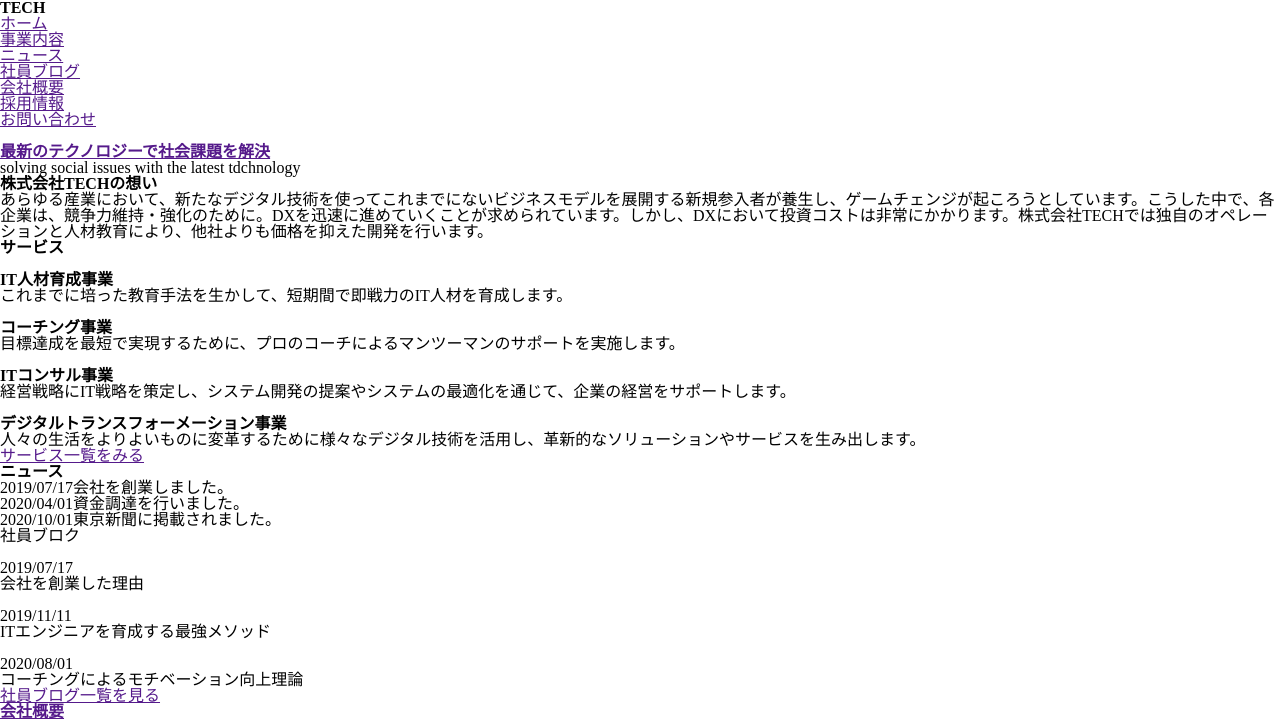
Repository: masanarimiura/20220516_miura
Page: index.html
These files come from the project's save history. The page is drawn as it stood at one moment and after the next save; the edit follows.
The browser window is 1280 px wide. The pictures show the whole page.

Above is the page before, as saved 2022-05-13 15:35:32.

After the next save:
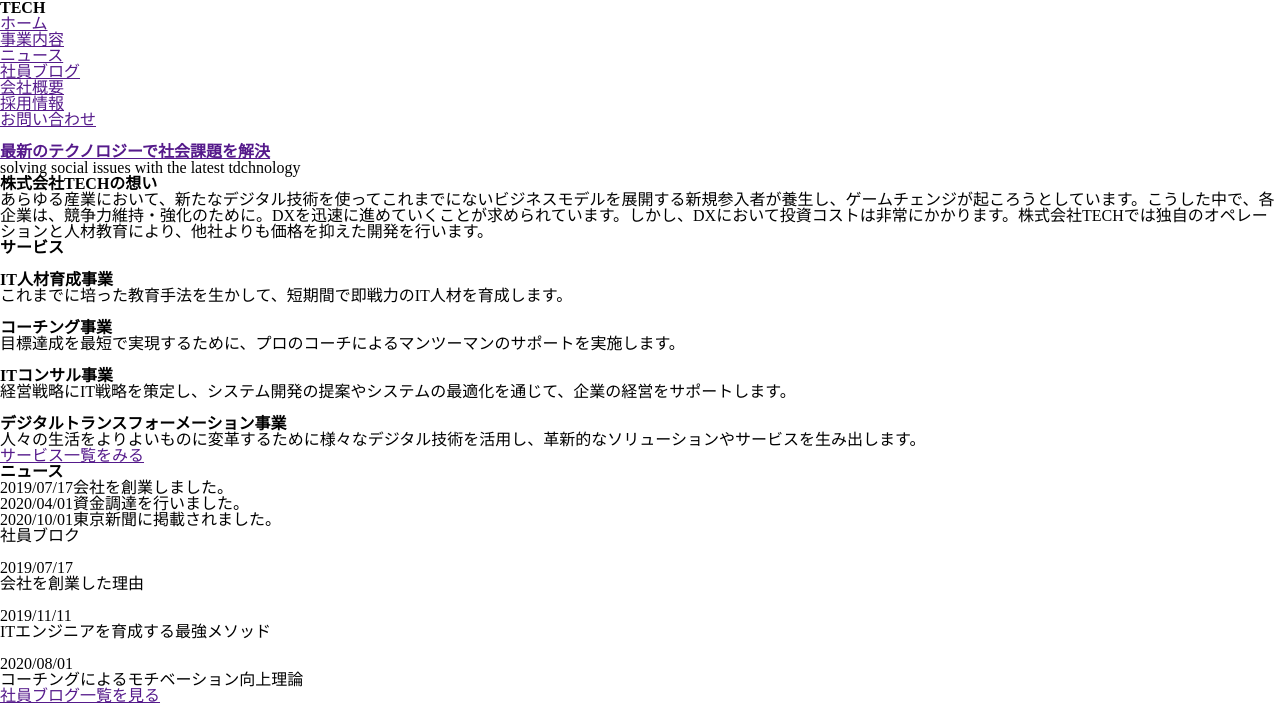
Saved 5 s later.
--- a/index.html
+++ b/index.html
@@ -114,7 +114,7 @@
   <div class="info">
     <div class="info__company">
       <a href="">
-        <h2 class="" info__company__ttl>会社概要</info__company__ttl>
+        <h2 class="info__company__ttl>会社概要</info__company__ttl>
       </a>
     </div>
     <div class="info__recruit">

After the save that followed:
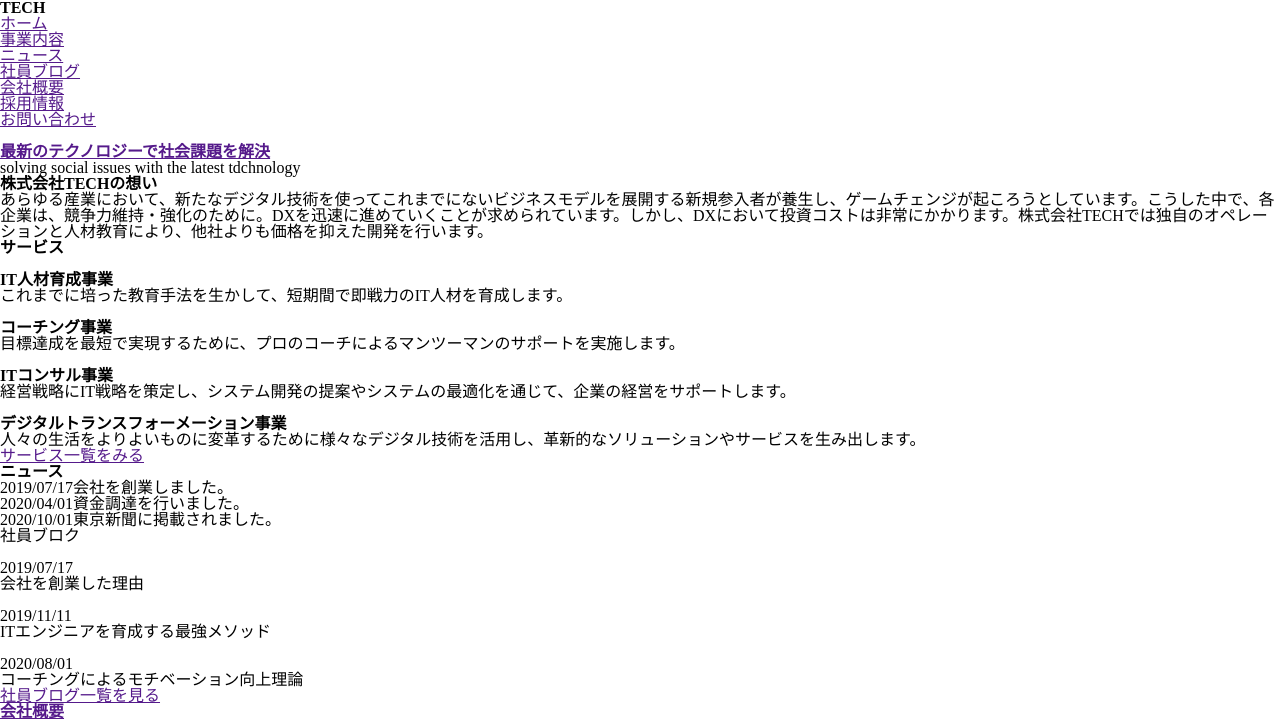
Saved 4 s later.
--- a/index.html
+++ b/index.html
@@ -114,7 +114,7 @@
   <div class="info">
     <div class="info__company">
       <a href="">
-        <h2 class="info__company__ttl>会社概要</info__company__ttl>
+        <h2 class="info__company__ttl">会社概要</info__company__ttl>
       </a>
     </div>
     <div class="info__recruit">
